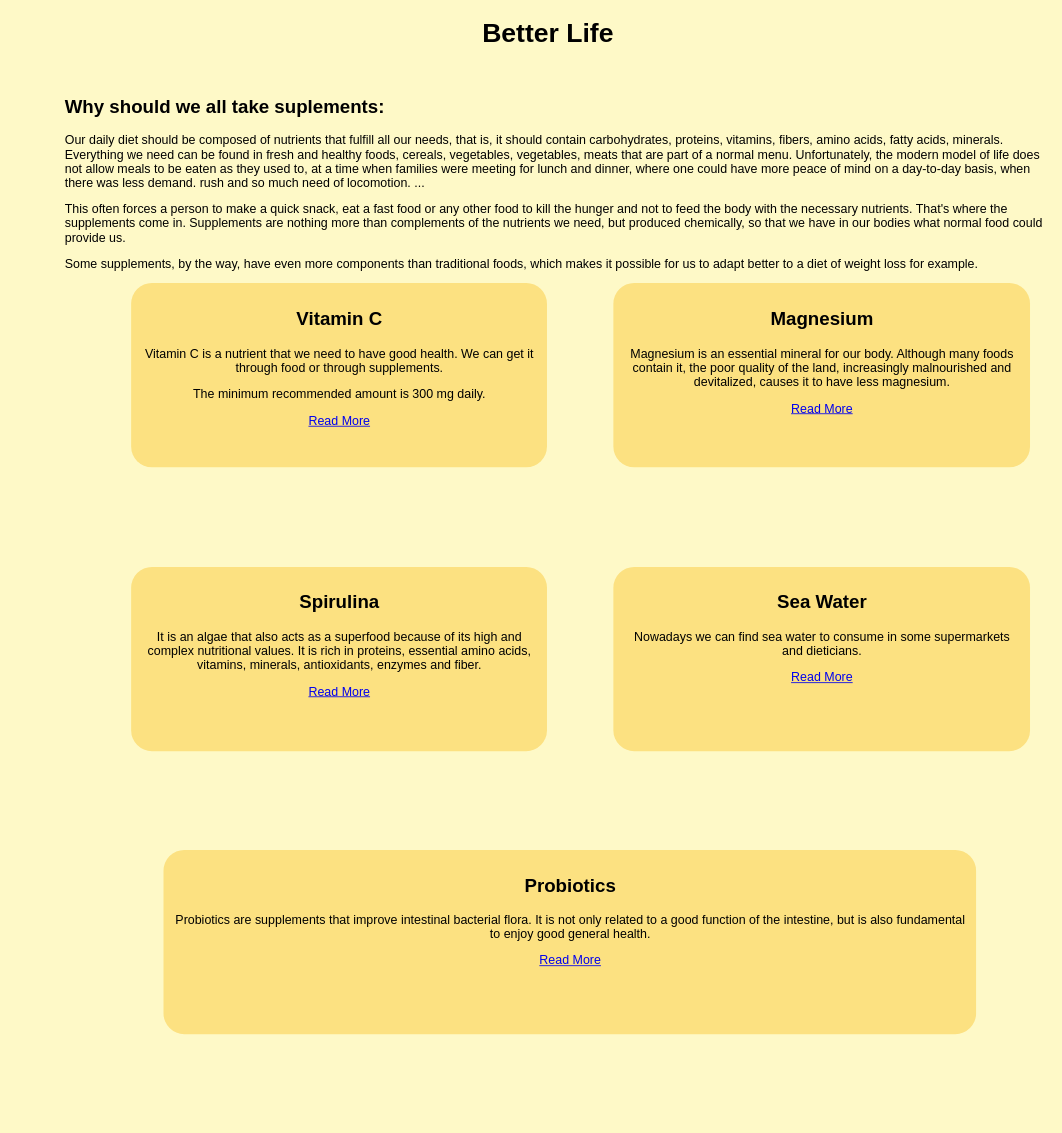
Repository: DSerenoG/Assessment2
Page: index.html
The author's editor kept a record of every edit. The page is drawn from the files as they stood at one moment, then again after the next edit.
The browser window is 1280 px wide. The pictures show the whole page, at 83% of full size.

Above is the page before.

After the next edit:
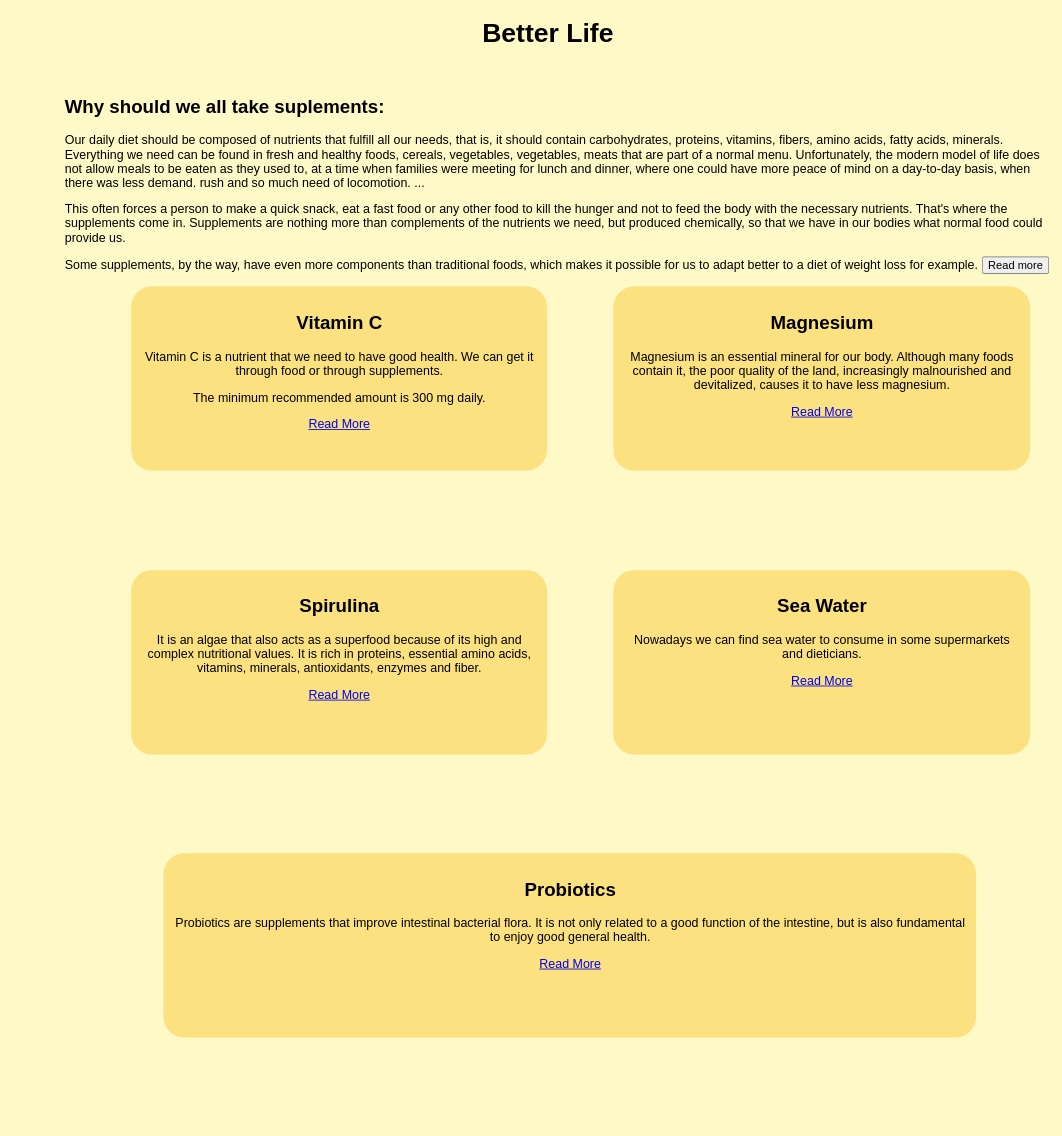
The edit:
--- a/index.html
+++ b/index.html
@@ -24,8 +24,8 @@
             Unfortunately, the modern model of life does not allow meals to be eaten as they used to, at a time when families were meeting for lunch and dinner, where one could have more peace of mind on a day-to-day basis, when there was less demand. rush and so much need of locomotion. <span id="dots">...</span><span id="more">
             <p>This often forces a person to make a quick snack, eat a fast food or any other food to kill the hunger and not to feed the body with the necessary nutrients.
             That's where the supplements come in. Supplements are nothing more than complements of the nutrients we need, but produced chemically, so that we have in our bodies what normal food could provide us.
-            <p>Some supplements, by the way, have even more components than traditional foods, which makes it possible for us to adapt better to a diet of weight loss for example.
-            </p>
+            <p>Some supplements, by the way, have even more components than traditional foods, which makes it possible for us to adapt better to a diet of weight loss for example. <button onclick="myFunction()" id="myBtn">Read more</button>
+            </span></p>
 
         </reason>
 
